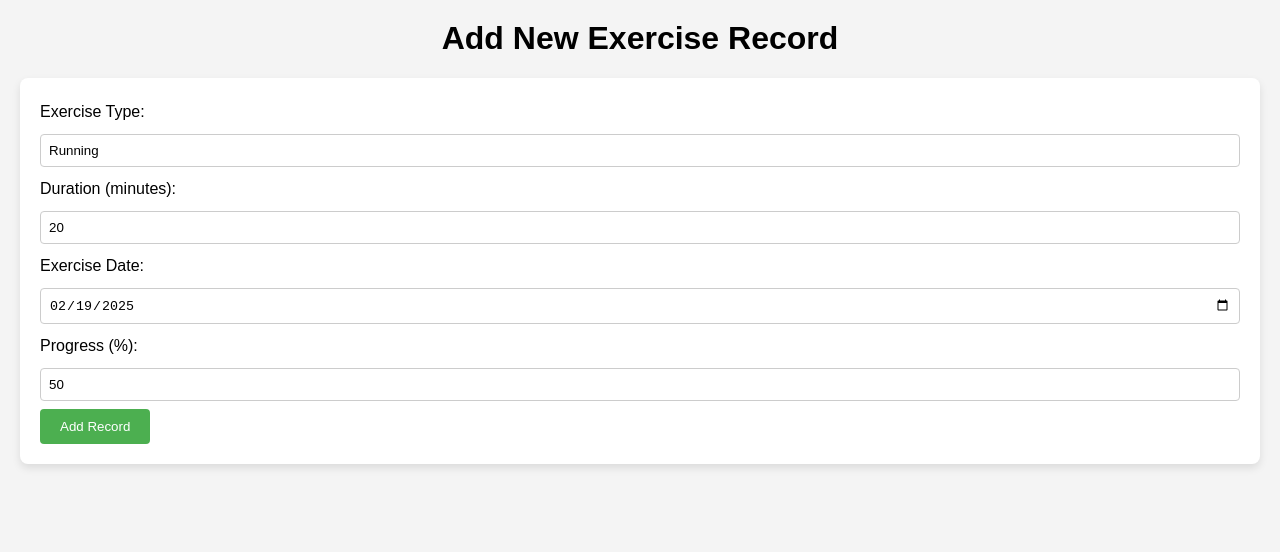
Repository: zilxhasu/eeit94-topic2
Page: http://localhost/topic2/jsp/fitness/addExerciseRecord.jsp
An editor plug-in stored every save of this project. The page is shown before and after the next save, followed by the edit.
The browser window is 1280 px wide. The pictures show the whole page.
The page is served by Tomcat 10. Nobody is signed in. The application's start-up code is not run.

Above is the page before, as saved 2025-02-22 09:00:44.

After the next save:
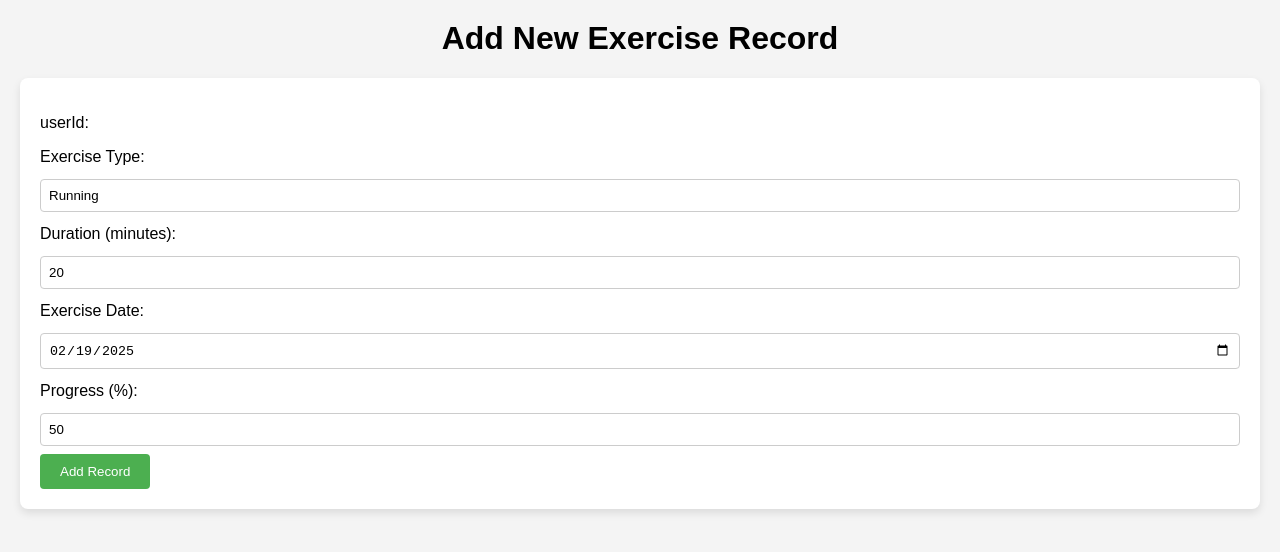
Saved 13 min 1 s later.
--- a/topic2/src/main/webapp/jsp/fitness/addExerciseRecord.jsp
+++ b/topic2/src/main/webapp/jsp/fitness/addExerciseRecord.jsp
@@ -63,6 +63,7 @@
     <!-- 用戶輸入 User ID -->
     <form action="../ExerciseRecordServlet" method="post">
         <input type="hidden" name="action" value="add">
+        <p>userId: ${userId}</p>
 
         <!-- 隱藏欄位傳遞 userId -->
         <input type="hidden" name="userId" value="${userId}">
